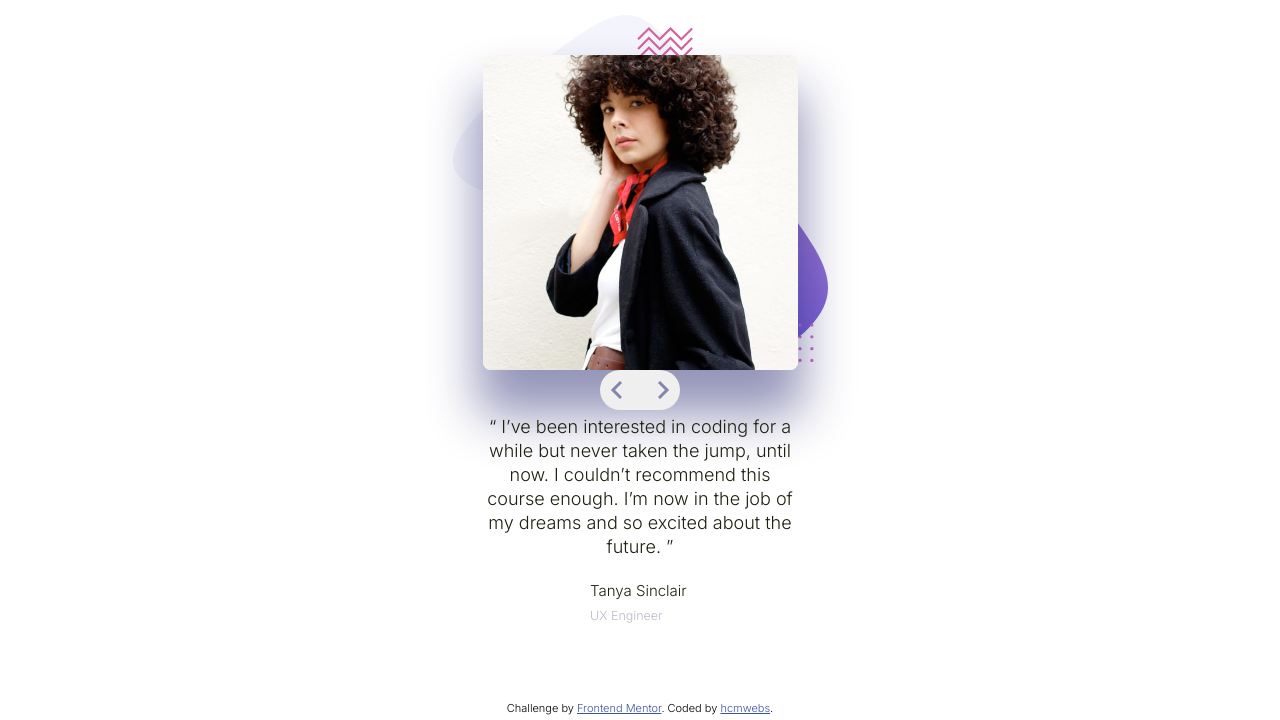
Repository: Hcmwebs/Coding-Bootcamp-Testimonials
Page: index.html
The author's editor kept a copy of each file at every save. The page is drawn from the files as they stood at one save, then again after the next save.
The browser window is 1280 px wide. The pictures show the whole page.
The style sheet was rebuilt from its Sass, Less or Tailwind sources for each picture, by a compiler version that may differ from the author's.

Above is the page before, as saved 2020-10-30 14:11:18.

### index.html
<!DOCTYPE html>
<html lang="en">
  <head>
    <meta charset="UTF-8" />
    <meta name="viewport" content="width=device-width, initial-scale=1.0" />
    <!-- displays site properly based on user's device -->

    <link
      rel="icon"
      type="image/png"
      sizes="32x32"
      href="./images/favicon-32x32.png"
    />
    <link rel="stylesheet" href="css/main.css" />
    <title>Frontend Mentor | Coding Bootcamp Testimonials Slider</title>

    <!-- Feel free to remove these styles or customise in your own stylesheet 👍 -->
    <style>
      .attribution {
        font-size: 11px;
        text-align: center;
      }
      .attribution a {
        color: hsl(228, 45%, 44%);
      }
    </style>
  </head>
  <body>
    <div class="container">
      <div class="card">
        <div class="card__header">
          <img
            src="images/image-tanya.jpg"
            alt="Profile Tanya"
            id="profileTanya"
            class="profileImg"
          />
          <button id="buttons">
            <img src="images/icon-prev.svg" alt="icon-prev" />
            <img src="images/icon-next.svg" alt="icon-next" />
          </button>
        </div>

        <div class="card__body">
          <h2>
            “ I’ve been interested in coding for a while but never taken the
            jump, until now. I couldn’t recommend this course enough. I’m now in
            the job of my dreams and so excited about the future. ”
          </h2>
          <div class="card__body--captionTxt">
            <p>Tanya Sinclair</p>
            <small>UX Engineer </small>
          </div>
        </div>
      </div>
    </div>
    <!-- “ I’ve been interested in coding for a while but never taken the jump, until
    now. I couldn’t recommend this course enough. I’m now in the job of my
    dreams and so excited about the future. ” Tanya Sinclair UX Engineer “ If
    you want to lay the best foundation possible I’d recommend taking this
    course. The depth the instructors go into is incredible. I now feel so
    confident about starting up as a professional developer. ” John Tarkpor
    Junior Front-end Developer -->

    <div class="attribution">
      Challenge by
      <a href="https://www.frontendmentor.io?ref=challenge" target="_blank"
        >Frontend Mentor</a
      >. Coded by
      <a href="https://github.com/Hcmwebs" target="_blank">hcmwebs</a>.
    </div>
    <script src="main.js"></script>
  </body>
</html>

### scss/main.scss
@import url('https://fonts.googleapis.com/css2?family=Inter:wght@300;400&display=swap');

$font-stack:'Inter',sans-serif;
$primaryColor : rgba(32, 32, 17, 1.0);
$secondaryColor : rgba(185, 185, 206, 1.0);
$boxShadowColor:rgba(36, 36, 113,0.49);


@mixin gridCenter{
  display: grid;
  place-items: center;
}

@mixin flexCenter {
  display: flex;
  justify-content: center;
  align-items: center;

}

@mixin flexSpaceBetween {
  @include flexCenter;
  justify-content: space-between;
}


*{
  margin: 0;
  padding: 0;
  box-sizing: border-box;

}
body{
  font-family: $font-stack;
  font-size: 10px;
  font-weight: 300;
  line-height: 24px;
  height: 100vh;
  width: 100%;
  @include flexCenter;
  flex-direction: column;
}

.container{
  width: 100%;
  height: 100vh;
  @include gridCenter;
  grid-template-columns: 1fr;
}
  .card{
  width: 375px;
  height: 667px;
  padding: 30px;
  @include flexSpaceBetween;
  flex-direction: column;
  background-image: url(/images/pattern-bg.svg);
  background-position: top center;
  background-size:contain;
  background-repeat: no-repeat;

  &__header{
    width: 100%;
    height: 310px;
    margin-top: 10px;
    @include gridCenter;


    .profileImg{
      width: 100%;
      height: 100%;
      object-fit: cover;
      border-radius: 0.5rem;
      box-shadow: 0 40px 50px 5px $boxShadowColor;
    }


    button {
      width: 80px;
      height: 40px;
      padding: 10px;
      border-radius: 28px;
      border: none;
      @include flexSpaceBetween;
    }

  }


  &__body{
    width: 100%;
    margin:50px 0;
    @include gridCenter;
    gap: 20px;

    h2{
      font-size: 18px;
      font-weight: 300;
      text-align: center;
      color:$primaryColor;
    }

    &--captionTxt{
      width:100px;
      text-align: left;
      font-size: 15px;
      font-weight: 300;


      p{
        color: $primaryColor;

      }

      small{
        color: $secondaryColor;

      }

    }

  }
}

Loaded but not shown: main.js (no copy from this time; the picture is the same without it)

After the next save:
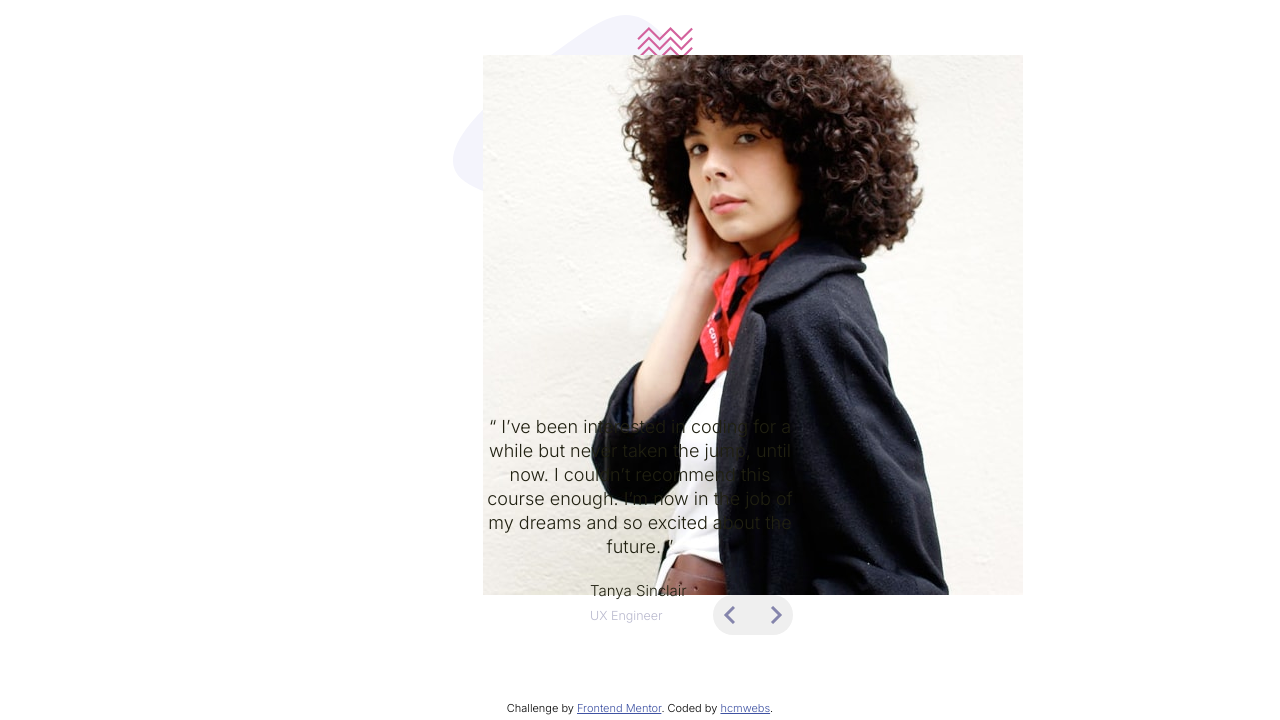
Saved 95 s later.
--- a/scss/main.scss
+++ b/scss/main.scss
@@ -65,7 +65,7 @@ body{
     @include gridCenter;
 
 
-    .profileImg{
+    &--profileImg{
       width: 100%;
       height: 100%;
       object-fit: cover;

After the 2 saves that followed:
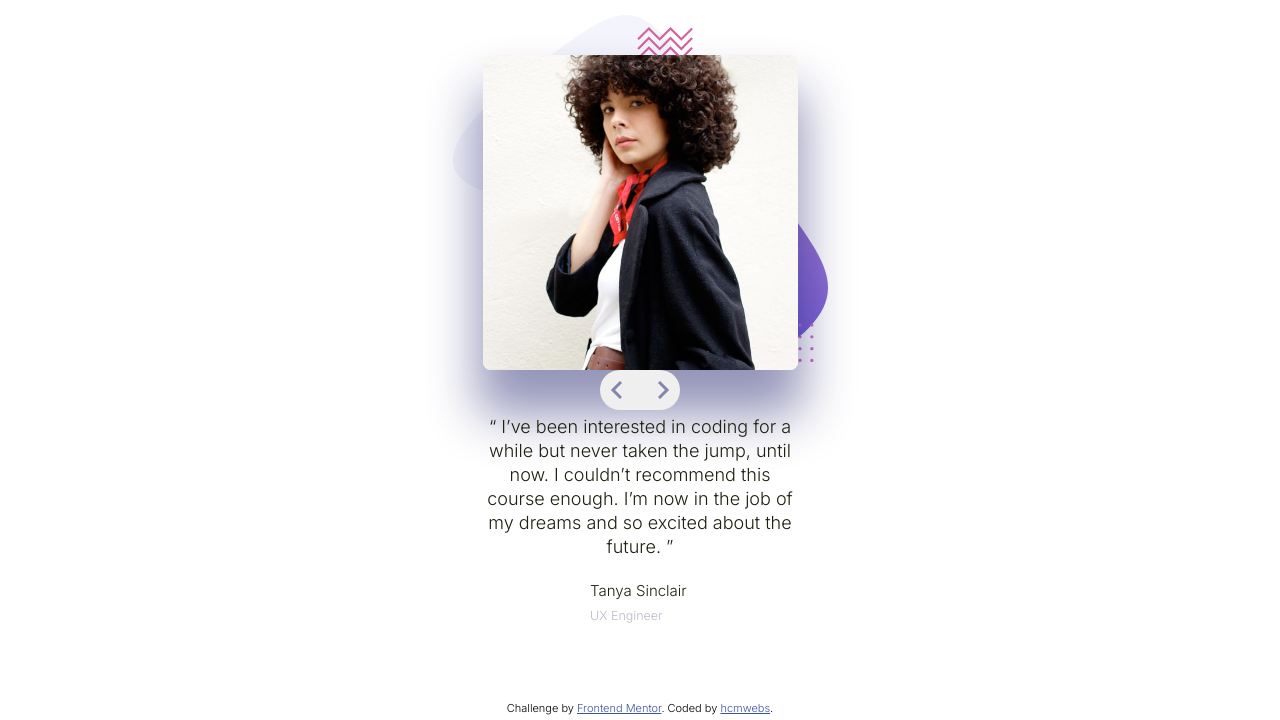
The 2 saves are shown as one change because 1 left the picture as it was.
The last was saved 60 s later.
--- a/index.html
+++ b/index.html
@@ -33,7 +33,7 @@
             src="images/image-tanya.jpg"
             alt="Profile Tanya"
             id="profileTanya"
-            class="profileImg"
+            class="card__header--profileImg"
           />
           <button id="buttons">
             <img src="images/icon-prev.svg" alt="icon-prev" />
